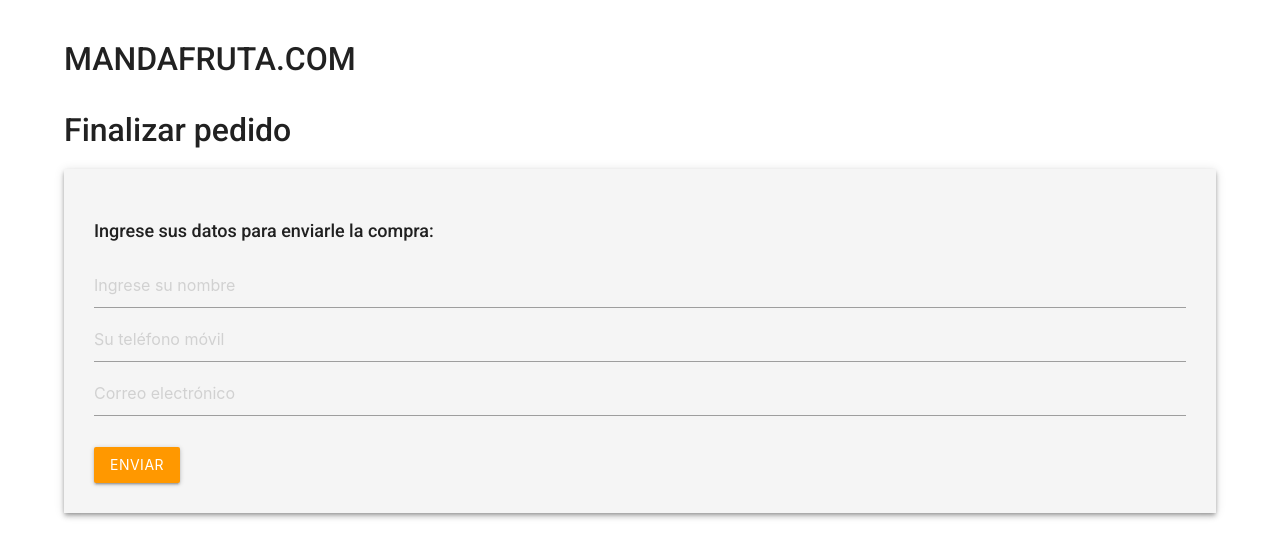
Repository: gadiazsaavedra/SimuladorInteractiv-14-03
Page: checkout.html
An editor plug-in stored every save of this project. The page is shown before and after the next save, followed by the edit.
The browser window is 1280 px wide. The pictures show the whole page.

Above is the page before, as saved 2022-03-14 22:44:15.

After the next save:
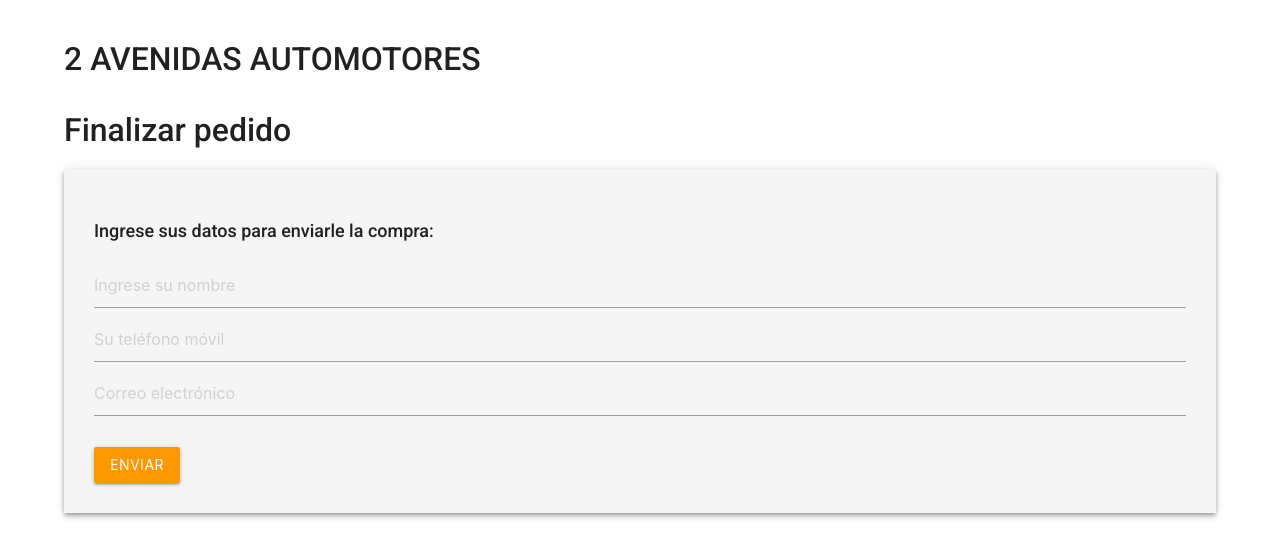
Saved 60 s later.
--- a/checkout.html
+++ b/checkout.html
@@ -14,7 +14,7 @@
     </head>
     <body>
         <div>
-            <h1>MANDAFRUTA.COM</h1>
+            <h1>2 AVENIDAS AUTOMOTORES</h1>
             <h2>Finalizar pedido</h2>
         </div>
         <form action="#" class="color-formulario z-depth-2">
